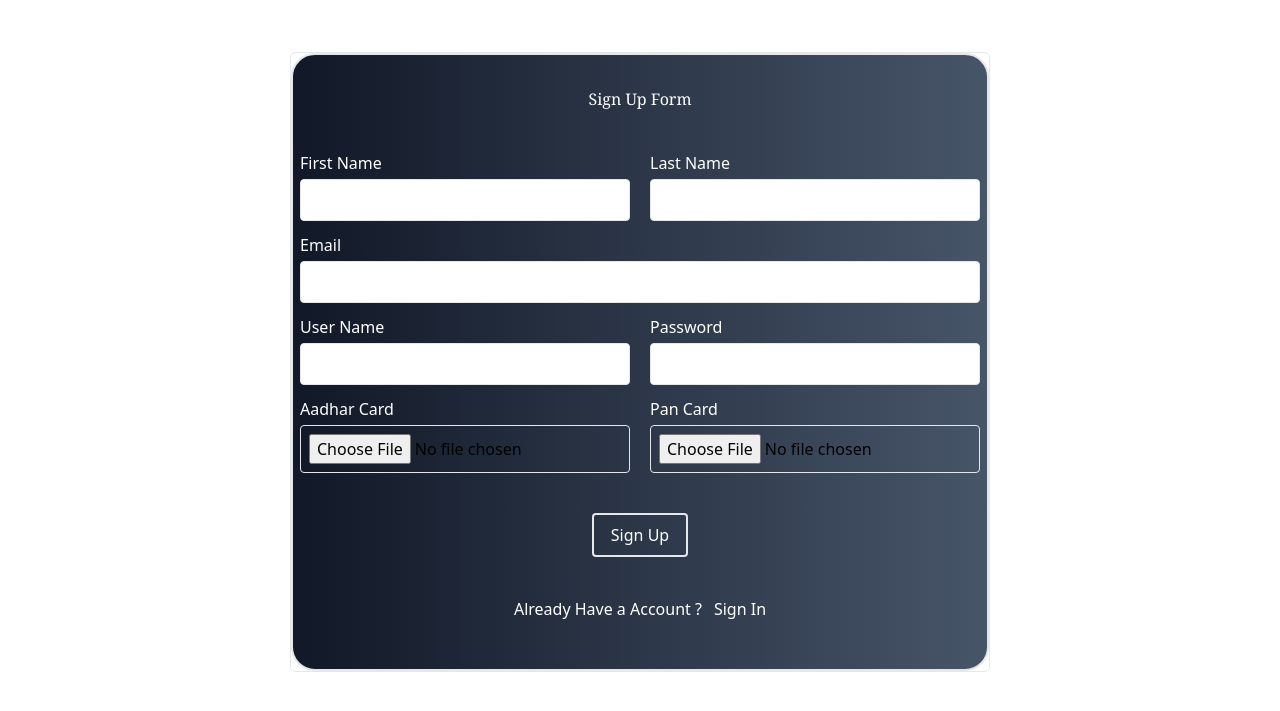
Repository: OmkarTidke8080/Assessment
Page: /sign-in (app in frontend/)
An editor plug-in stored every save of this project. The page is shown before and after the next save, followed by the edit.
The browser window is 1280 px wide. The pictures show the whole page.
The project was rebuilt for these pictures with package versions that can differ from the ones it lists, and the page was loaded fresh each time. Also part of the build but not shown: frontend/vite.config.js, frontend/src/components/HomePage.jsx.

Above is the page before, as saved 2024-10-19 18:51:38.

### frontend/src/App.jsx
import { useEffect, useState } from "react";
import "./App.css";
import LandingPage from "./components/HomePage.jsx";
import SignUp from "./components/SignUp.jsx";
import { BrowserRouter, Routes, Route } from "react-router-dom";
import ScaleLoader from "react-spinners/ScaleLoader";

function App() {
  const [isLoading, setIsLoading] = useState(true);

  useEffect(() => {
    const timer = setTimeout(() => {
      setIsLoading(false);
    }, 2000);

    return () => clearTimeout(timer);
  });
  return (
    <>
      {isLoading ? (
        <div
          style={{
            display: "flex",
            justifyContent: "center",
            alignItems: "center",
            height: "100vh",
            backgroundColor: "#fff",
          }}
        >
          {" "}
          <ScaleLoader />
        </div>
      ) : (
        <BrowserRouter>
          <Routes>
            <Route path={"/"} element={<LandingPage />} />
            <Route path={"/sign-up"} element={<SignUp />} />
            <Route path={"/sign-in"} element={<SignUp />} />
          </Routes>
        </BrowserRouter>
      )}
    </>
  );
}

export default App;

### frontend/src/components/SignUp.jsx
import React from "react";

function SignUp() {
  return (
    <>
      <div className="flex justify-center items-center mt-5">
        <div className="flex border  rounded-md h-[620px] w-[700px]">
          <div className="form border-2 rounded-3xl text-white w-full bg-gradient-to-r from-gray-900 to-slate-600 ">
            <div className="form-heading font-medium font-serif mt-8">
              <h1>Sign Up Form</h1>
            </div>
            <form>
              <div className="flex justify-center mt-10 ">
                <div>
                  <div className="flex w-full gap-x-5 ">
                    <div className="w-1/2">
                      <label htmlFor="username" className=" flex mb-1">
                        First Name
                      </label>
                      <input
                        type="text"
                        id="FistName"
                        className=" text-gray-800   w-full flex border rounded p-2"
                        required
                      />
                    </div>
                    <div className="w-1/2">
                      <label htmlFor="password" className="flex mb-1">
                        Last Name
                      </label>
                      <input
                        type="text"
                        id="LastName"
                        className="text-black w-full flex border rounded p-2"
                        required
                      />
                    </div>
                  </div>

                  <div className="mt-3">
                    <label htmlFor="email" className=" flex mb-1">
                      Email
                    </label>
                    <input
                      type="text"
                      id="email"
                      className="text-black w-full flex border rounded p-2"
                      required
                    />
                  </div>
                  <div className="flex gap-x-5">
                  <div className="mt-3 w-1/2 ">
                    <label htmlFor="username" className=" flex mb-1">
                      User Name
                    </label>
                    <input
                      type="text"
                      id="FistName"
                      className="text-black w-full flex border rounded p-2"
                      required
                    />
                  </div>
                  <div className="mt-3 w-1/2">
                    <label htmlFor="username" className=" flex mb-1">
                      Password
                    </label>
                    <input
                      type="text"
                      id="FistName"
                      className="text-black w-full flex border rounded p-2"
                      required
                    />
                  </div>
                  </div>

                  <div className="flex  gap-x-5 mt-3">
                    <div>
                      <label htmlFor="username" className=" flex mb-1">
                        Aadhar Card
                      </label>
                      <input
                        type="file"
                        id="FistName"
                        className=" text-black flex border rounded p-2"
                        required
                      />
                    </div>
                    <div>
                      <label htmlFor="password" className="flex mb-1">
                        Pan Card
                      </label>
                      <input
                        type="file"
                        id="LastName"
                        className="text-black flex border rounded p-2"
                        required
                      />
                    </div>
                  </div>

                  <div className="sign-up-button m-10">
                    <button className="border-2 rounded p-2 w-24 ">
                      Sign Up
                    </button>
                  </div>
                  <div className="AlreadyAccount flex justify-center gap-x-3">
                    <h2>Already Have a Account ?</h2>
                    <button>Sign In</button>
                  </div>
                </div>
              </div>
            </form>
          </div>
        </div>
      </div>
    </>
  );
}

export default SignUp;

Loaded but not shown: frontend/index.html (common file); frontend/src/main.jsx (common file); frontend/src/index.css (common file); frontend/src/App.css (common file); frontend/tailwind.config.js (common file)

After the next save:
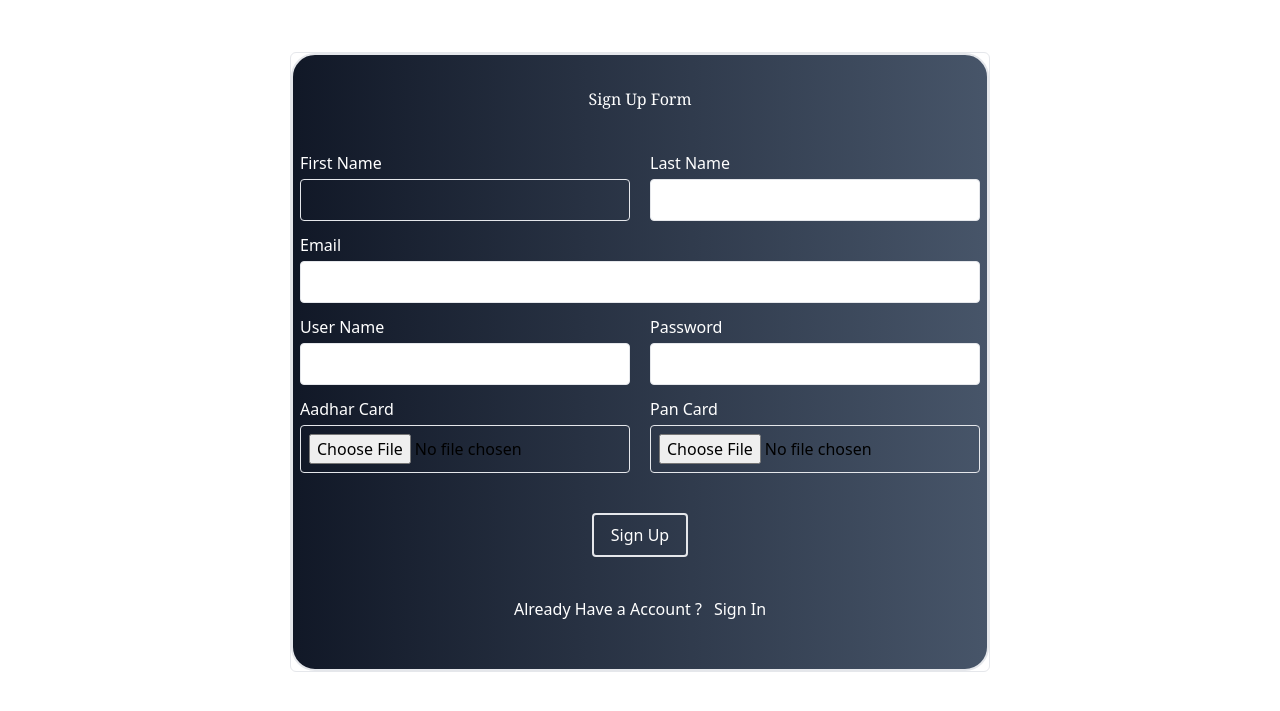
Saved 8 s later.
--- a/frontend/src/components/SignUp.jsx
+++ b/frontend/src/components/SignUp.jsx
@@ -20,7 +20,7 @@ function SignUp() {
                       <input
                         type="text"
                         id="FistName"
-                        className=" text-gray-800   w-full flex border rounded p-2"
+                        className=" text-gray-800 bg-inherit  w-full flex border rounded p-2"
                         required
                       />
                     </div>
